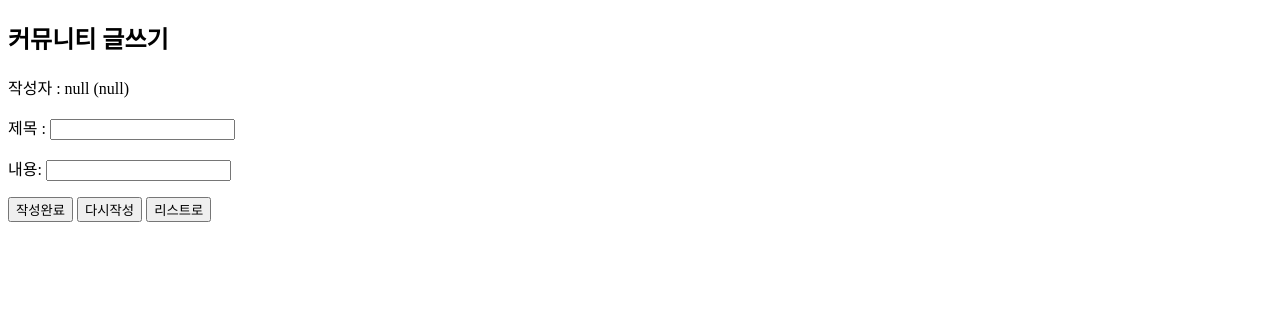
Repository: Blair-Kim/JSP
Page: http://localhost/Day4/board/write.jsp
The author's editor kept a copy of each file at every save. The page is drawn from the files as they stood at one save, then again after the next save.
The browser window is 1280 px wide. The pictures show the whole page.
The page is served by Tomcat 9.

Above is the page before, as saved 2022-01-18 02:14:32.

After the next save:
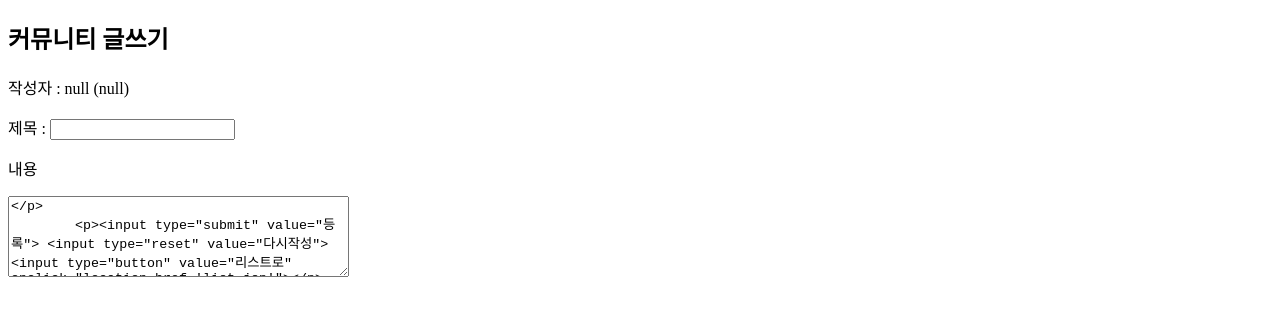
Saved 3 min 10 s later.
--- a/Day4/WebContent/board/write.jsp
+++ b/Day4/WebContent/board/write.jsp
@@ -23,8 +23,9 @@
         <input type="hidden" id="isssn" value="n">
         <p>작성자 : <%=userid%> (<%=name%>)</p>
         <p>제목 : <input type="text" name="b_title" id="b_title" maxlength="200"></p>
-        <p>내용: <input type="text" name="b_content" id="b_title" maxlength="2000"></p>
-        <p><input type="submit" value="작성완료"> <input type="reset" value="다시작성"> <input type="button" value="리스트로" onclick="location.href='./list.jsp'"></p>
+        <p>내용</p>
+        <p><textarea rows="5" cols="40" name="b_content" id="b_title" maxlength="2000"></p>
+        <p><input type="submit" value="등록"> <input type="reset" value="다시작성"> <input type="button" value="리스트로" onclick="location.href='list.jsp'"></p>
     </form>
 
 	<!--
